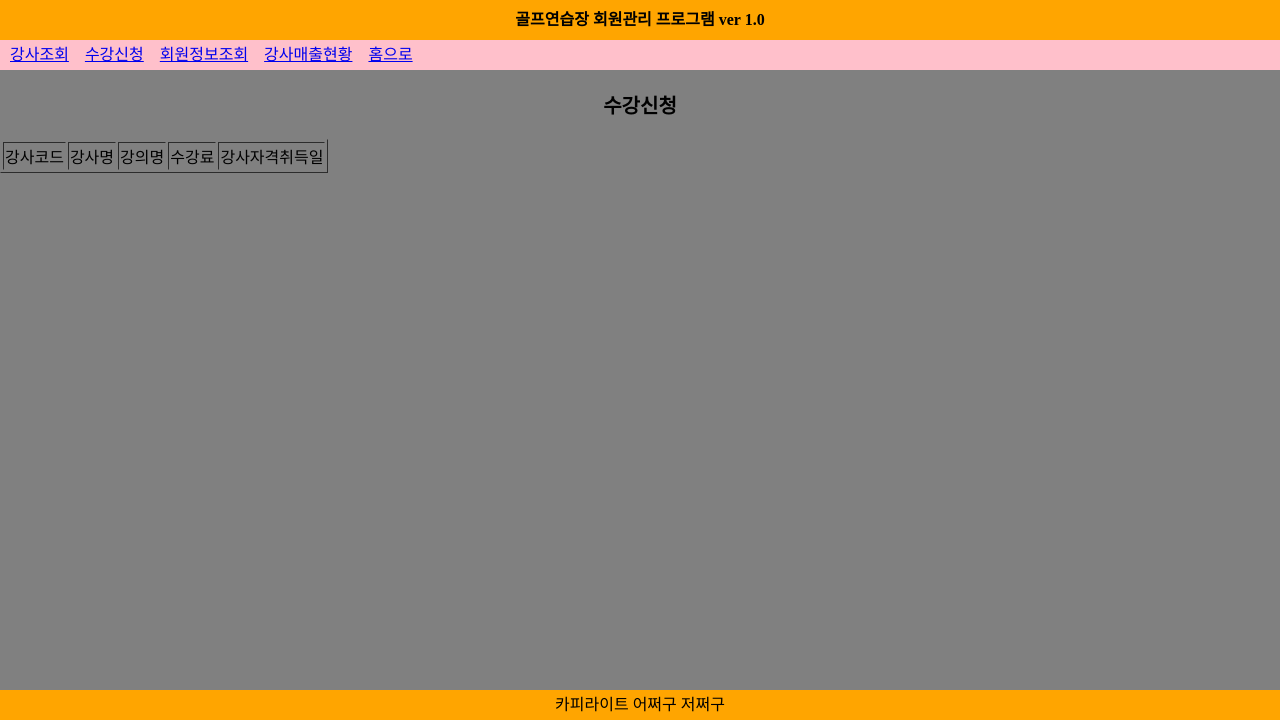
Repository: wjdwlgns1101/school_hrd
Page: http://localhost/hrd_30111_1_/t_list.jsp
The author's editor kept a copy of each file at every save. The page is drawn from the files as they stood at one save, then again after the next save.
The browser window is 1280 px wide. The pictures show the whole page.
The page is served by Tomcat 9. The database holds what the project's SQL file puts in it.

Above is the page before, as saved 2024-05-12 08:10:00.

After the next save:
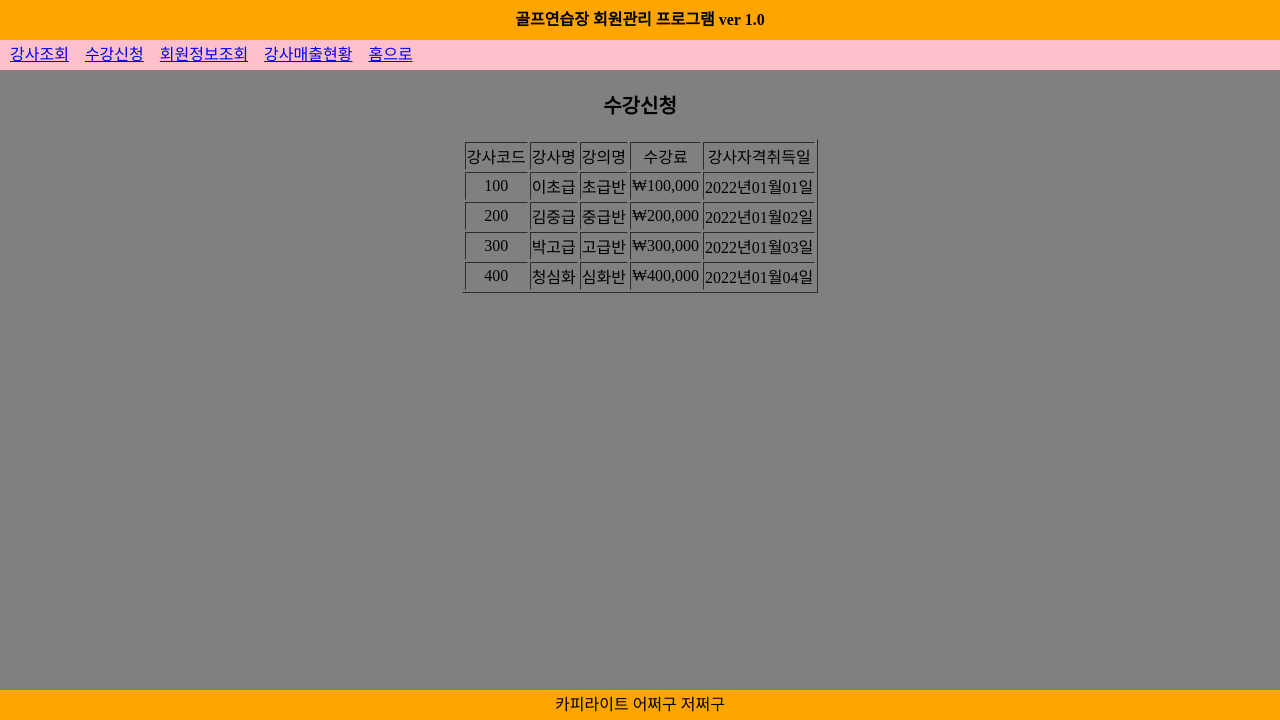
Saved 14 s later.
--- a/hrd_30111_(1)/hrd_30111(1)/src/main/webapp/t_list.jsp
+++ b/hrd_30111_(1)/hrd_30111(1)/src/main/webapp/t_list.jsp
@@ -11,7 +11,7 @@
 <jsp:include page="header.jsp"></jsp:include>
 <section style="position: fixed; background-color: gray; top: 70px; text-align: center; left: 0; width: 100%; height: 100%; padding-top: 20px;">
 <b style="font-size: 20px;">수강신청</b>
-<div style="display: flex; padding-top: 20px;">
+<div style="display: flex; justify-content: center; padding-top: 20px;">
 <table border="1" >
 <tr>
 	<td>강사코드</td>
@@ -21,7 +21,42 @@
 	<td>강사자격취득일</td>
 </tr>
 
+<%
+ try{
+	 String sql="select * from TBL_TEACHER_202201";
+	 PreparedStatement pstmt = conn.prepareStatement(sql);
+	 ResultSet rs = pstmt.executeQuery();
 
+	 while(rs.next()){
+		 String t_code = rs.getString("teacher_code");
+		 String t_name = rs.getString("teacher_name");
+		 String c_name = rs.getString("class_name");
+		 String c_price = rs.getString("class_price");
+		 String t_date = rs.getString("teach_resist_date");
+
+		 String price ="₩" + c_price.substring(0,3) + "," + c_price.substring(3,6);
+		 String class_data = t_date.substring(0,4)+"년"+t_date.substring(4,6)+"월"+t_date.substring(6,8)+"일";
+
+%>
+
+	<tr>
+		<td><%= t_code %></td>
+		<td><%= t_name %></td>
+		<td><%= c_name %></td>
+		<td><%= price %></td>
+		<td><%= class_data %></td>
+
+	</tr>
+		 <%
+	 }
+
+ }catch(Exception e){
+	    e.printStackTrace();
+ }
+
+
+
+%>
 
 
 
